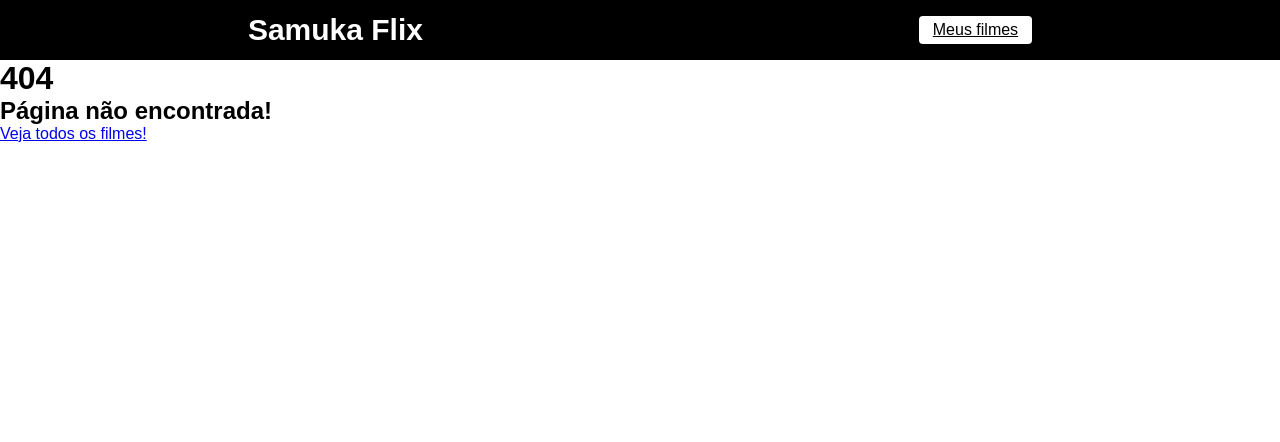
Repository: devsamuel23/primeflix_git
Page: /favoritos
An editor plug-in stored every save of this project. The page is shown before and after a run of saves, followed by the edit.
The browser window is 1280 px wide. The pictures show the whole page.
The project was rebuilt for these pictures with package versions that can differ from the ones it lists, and the page was loaded fresh each time. Also part of the build but not shown: src/pages/Home/home.css, src/pages/Home/index.js, src/pages/Filme/index.js.

Above is the page before, as saved 2023-05-19 23:42:42.

After the next 10 saves:
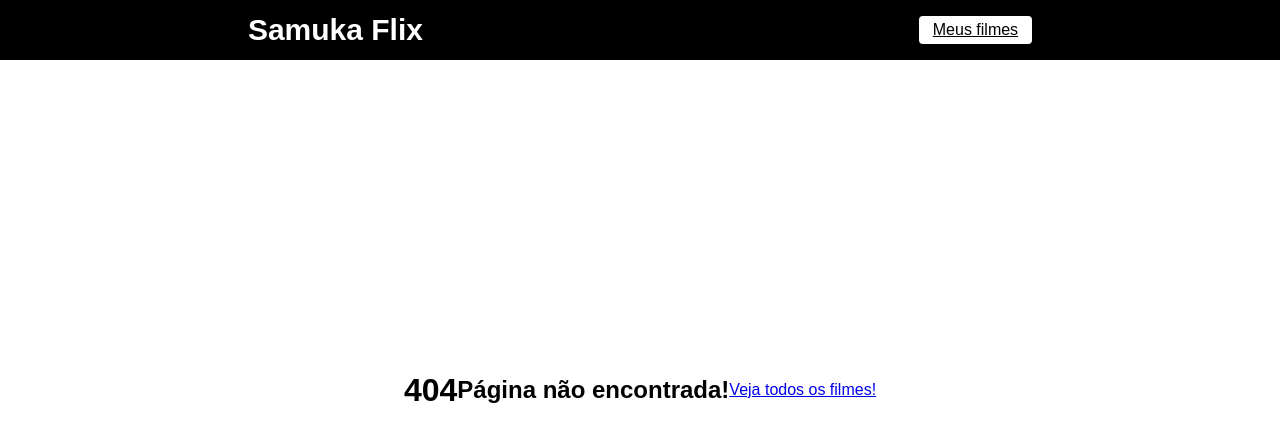
The 10 saves are shown as one change because they came seconds apart.
The last was saved 29 s later.
--- a/src/pages/Erro/Erro.css
+++ b/src/pages/Erro/Erro.css
@@ -1,4 +1,8 @@
 .not-found{
     width: 100%;
     height: calc(100vh - 60px);
+    display: flex;
+    justify-content: center;
+    align-items: center;
+    fle
 }
